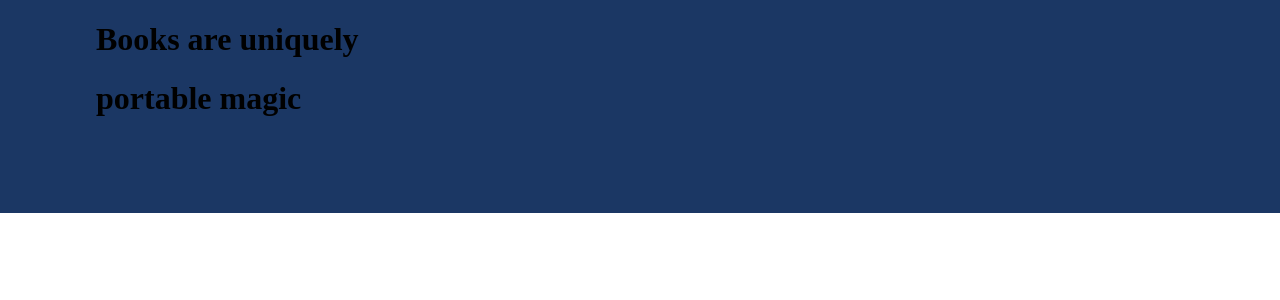
Repository: Godnorg/Class2
Page: index.html
An editor plug-in stored every save of this project. The page is shown before and after the next save, followed by the edit.
The browser window is 1280 px wide. The pictures show the whole page.

Above is the page before, as saved 2023-02-13 21:26:10.

### index.html
<!DOCTYPE html>
<html lang="en">
<head>
    <meta charset="UTF-8">
    <meta http-equiv="X-UA-Compatible" content="IE=edge">
    <meta name="viewport" content="width=device-width, initial-scale=1.0">
    <title>Class 2</title>
    <link rel="stylesheet" href="index.css">
</head>
<body>
<div class="page1">
    <div class="allpages">
        <div class="navigation bar">

        </div>
        <div class="middle">
            <div>
                <h1>Books are uniquely</h1>
                <h1>portable magic</h1>
                <p></p>
            </div>
            <div>

            </div>
        </div>
    </div>
</div>


</body>
</html>

### index.css
body {
    margin: 0;
    padding: 0;
}

.page1 {
    background: #1B3764;
    padding-bottom: 75px;

}

.allpages {
    width: 85%;
    margin: auto;
}

.middle {
    display: grid;
    grid-template-columns: 1fr 1fr;
    column-gap: 35px;
}

After the next save:
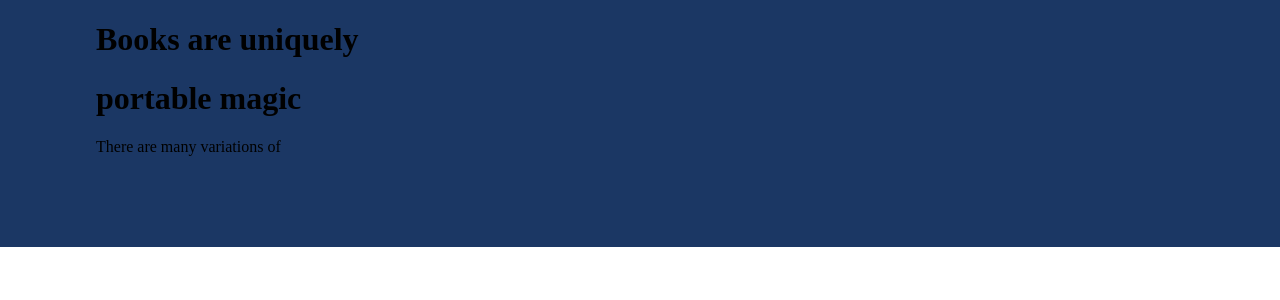
Saved 34 s later.
--- a/index.html
+++ b/index.html
@@ -17,7 +17,7 @@
             <div>
                 <h1>Books are uniquely</h1>
                 <h1>portable magic</h1>
-                <p></p>
+                <p>There are many variations of </p>
             </div>
             <div>
 
